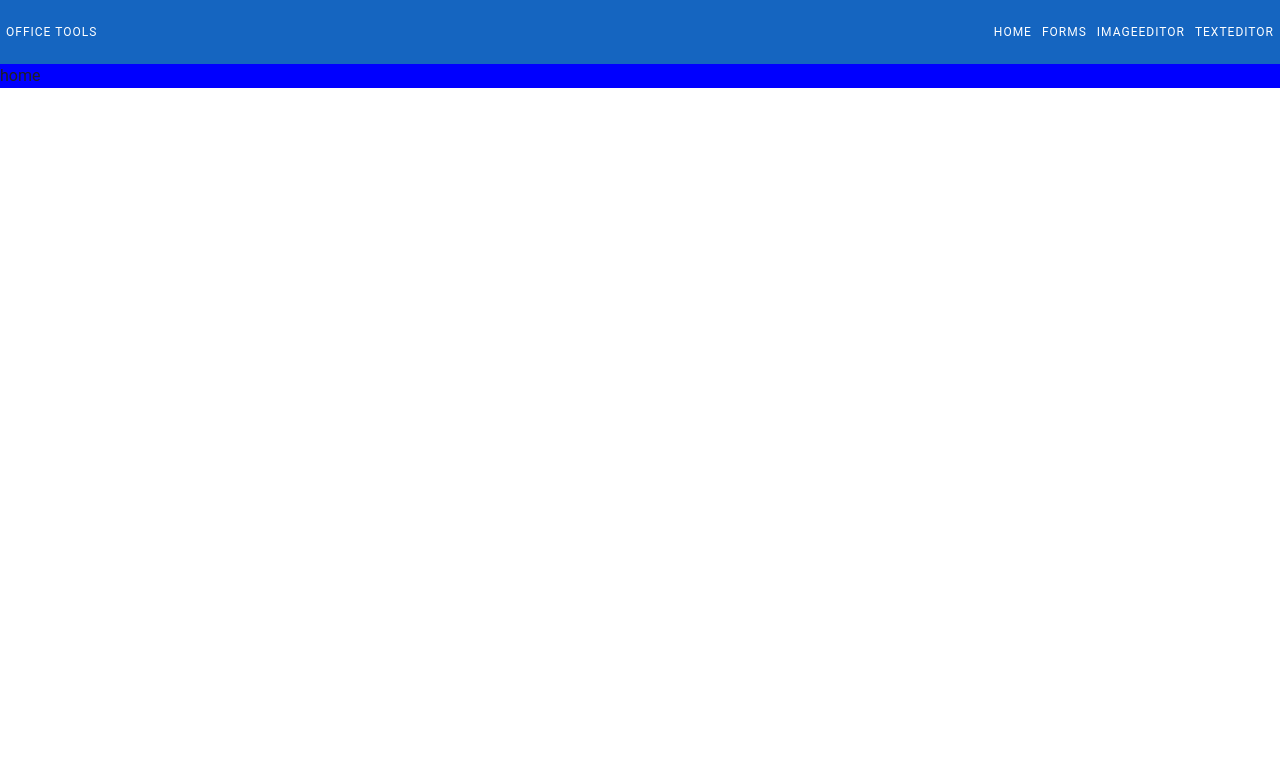
Repository: Vijay-Singh1/office-tools
Page: /form-builder
The author's editor kept a copy of each file at every save. The page is drawn from the files as they stood at one save, then again after the next save.
The browser window is 1280 px wide. The pictures show the whole page.
The project was rebuilt for these pictures with package versions that can differ from the ones it lists, and the page was loaded fresh each time. Also part of the build but not shown: vite.config.ts, src/FormBuilderApp/src/pages/CreateForm.tsx, src/FormBuilderApp/src/pages/OpenForms.tsx, src/App.css, src/components/common/sidebar/Sidebar.tsx, src/ImageEditor/src/pages/ImageEditorHome.tsx, src/ImageEditor/src/pages/CreateImage.tsx, src/DocsEditor/src/pages/DocsEditorHome.tsx and 1 more.

Above is the page before, as saved 2024-09-07 22:17:23.

After the next save:
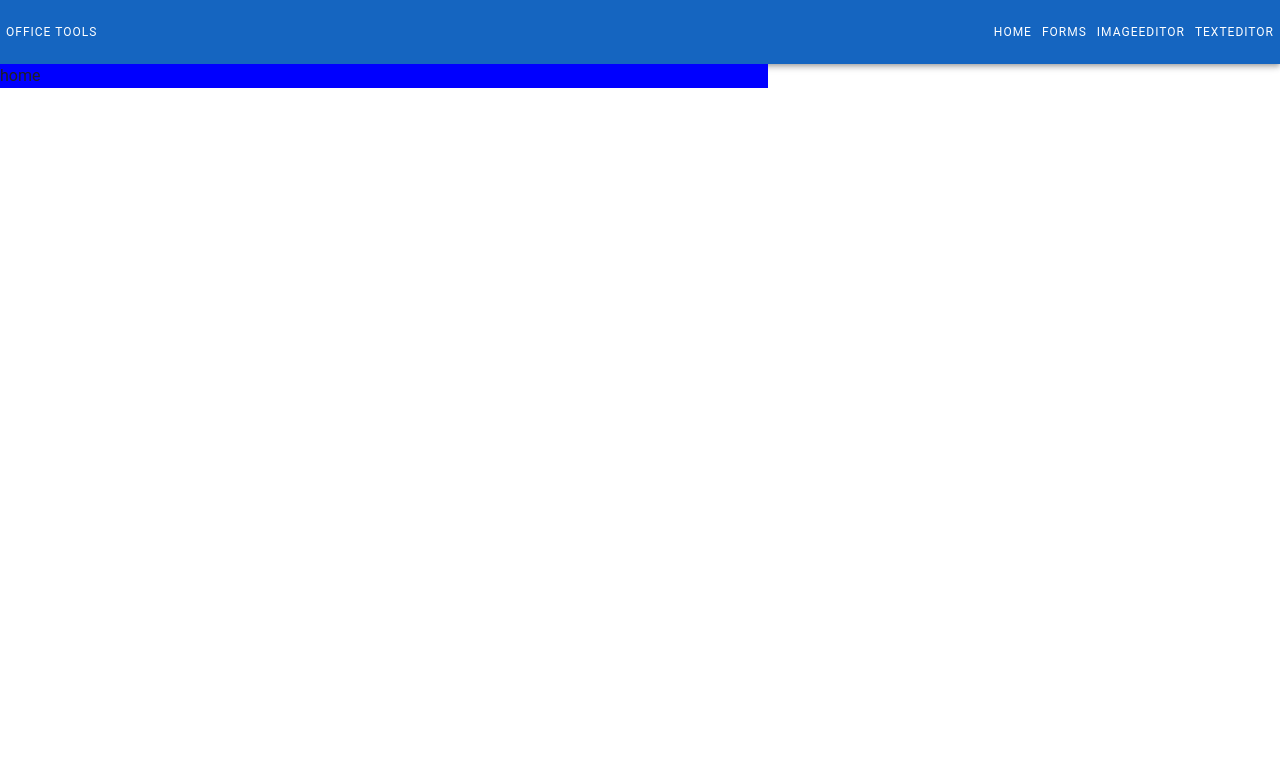
Saved 9 s later.
--- a/src/FormBuilderApp/src/pages/FormBuilderMain.tsx
+++ b/src/FormBuilderApp/src/pages/FormBuilderMain.tsx
@@ -6,7 +6,7 @@
 
 const FormBuilderMain = () => {
   return (
-      <Box width={"100%"} minHeight  = {"100vh"}>
+      <Box width={"60%"} minHeight  = {"100vh"}>
         <Stack direction="row" spacing={2}>
             <Outlet />
           </Stack>

After the save that followed:
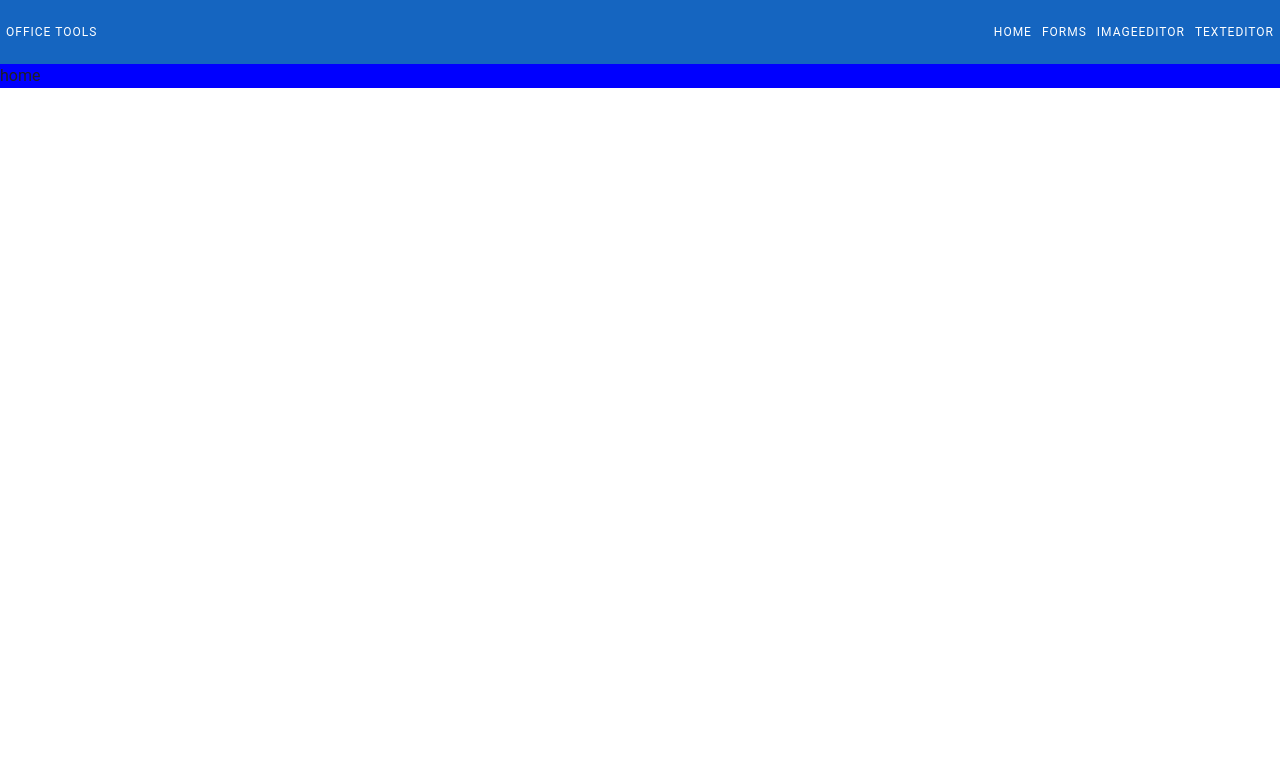
Saved 4 s later.
--- a/src/FormBuilderApp/src/pages/FormBuilderMain.tsx
+++ b/src/FormBuilderApp/src/pages/FormBuilderMain.tsx
@@ -6,7 +6,7 @@
 
 const FormBuilderMain = () => {
   return (
-      <Box width={"60%"} minHeight  = {"100vh"}>
+      <Box width={"100%"} minHeight  = {"100vh"}>
         <Stack direction="row" spacing={2}>
             <Outlet />
           </Stack>
